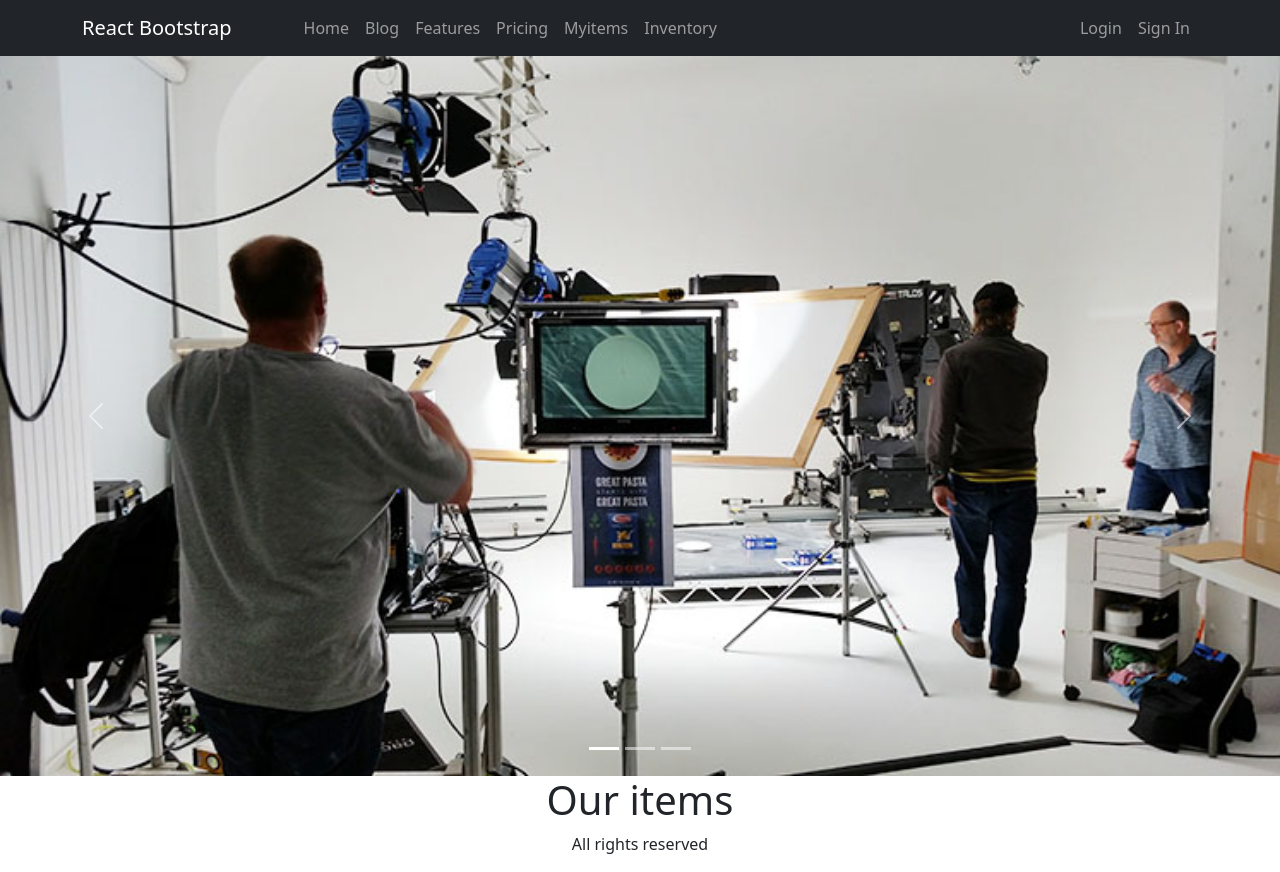
Repository: devsajid/best-motors-warehouse-app
Page: /
The author's editor kept a copy of each file at every save. The page is drawn from the files as they stood at one save, then again after a run of saves.
The browser window is 1280 px wide. The pictures show the whole page.
The project was rebuilt for these pictures with package versions that can differ from the ones it lists, and the page was loaded fresh each time. Also part of the build but not shown: src/firebase.init.js, src/Components/Register/Register.js, src/Components/Signin/Signin.css, src/Components/Signin/Signin.js, src/Components/Blogs/Blogs.js, src/Components/About/About.js, src/Components/RequireAuth/RequireAuth.js, src/Components/Checkout/Checkout.js and 1 more.

Above is the page before, as saved 2022-05-07 21:12:15.

After the next 6 saves:
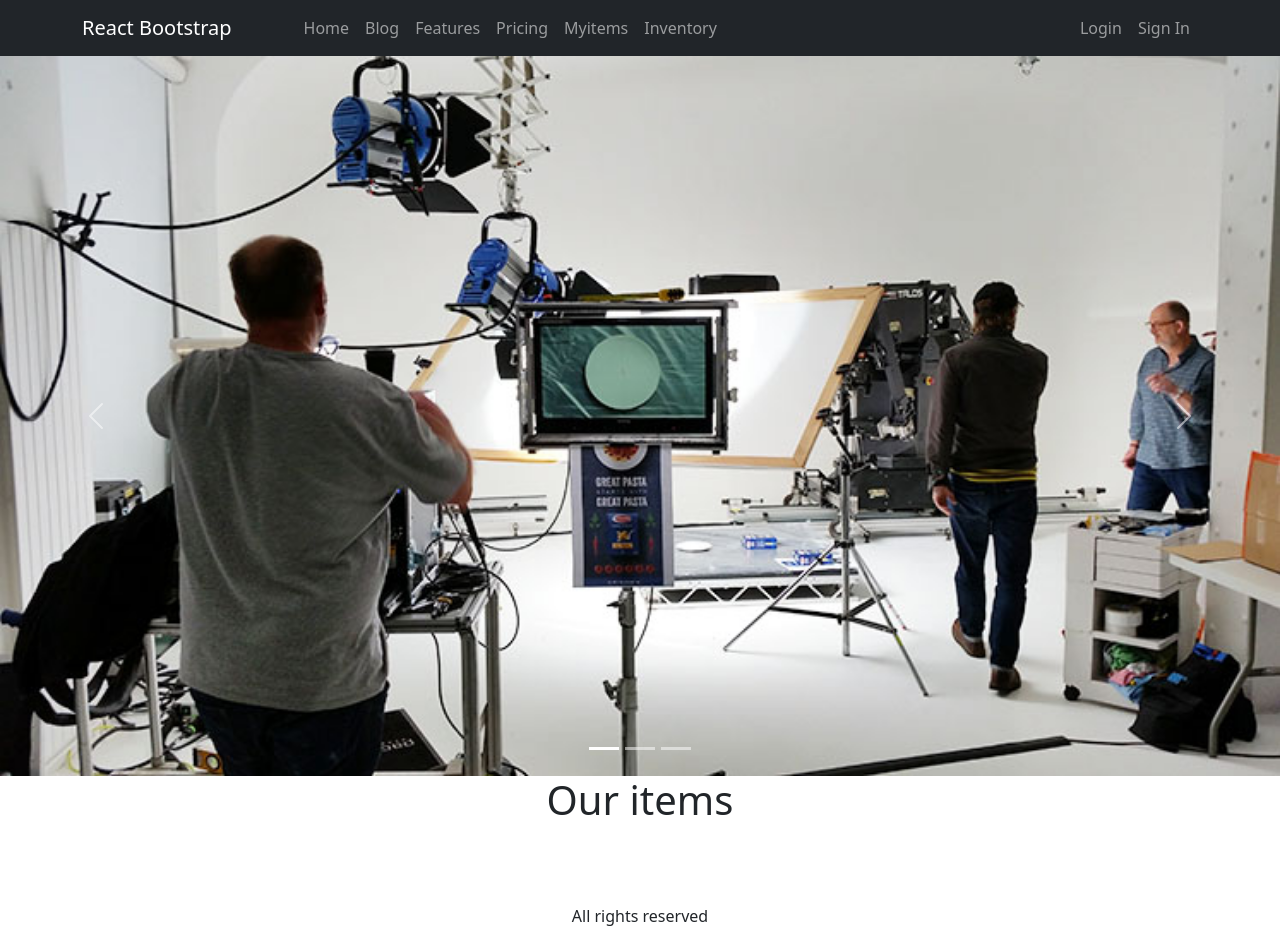
The 6 saves are shown as one change because 1 did not build or start and some came seconds apart.
The last was saved 19 s later.
--- a/src/Components/Item/Item.js
+++ b/src/Components/Item/Item.js
@@ -43,7 +43,9 @@ const Item = ({ item }) => {
     <Container>
       <Row>
         <Col>
-          <div></div>
+          <div>
+            <h2></h2>
+          </div>
         </Col>
       </Row>
     </Container>
